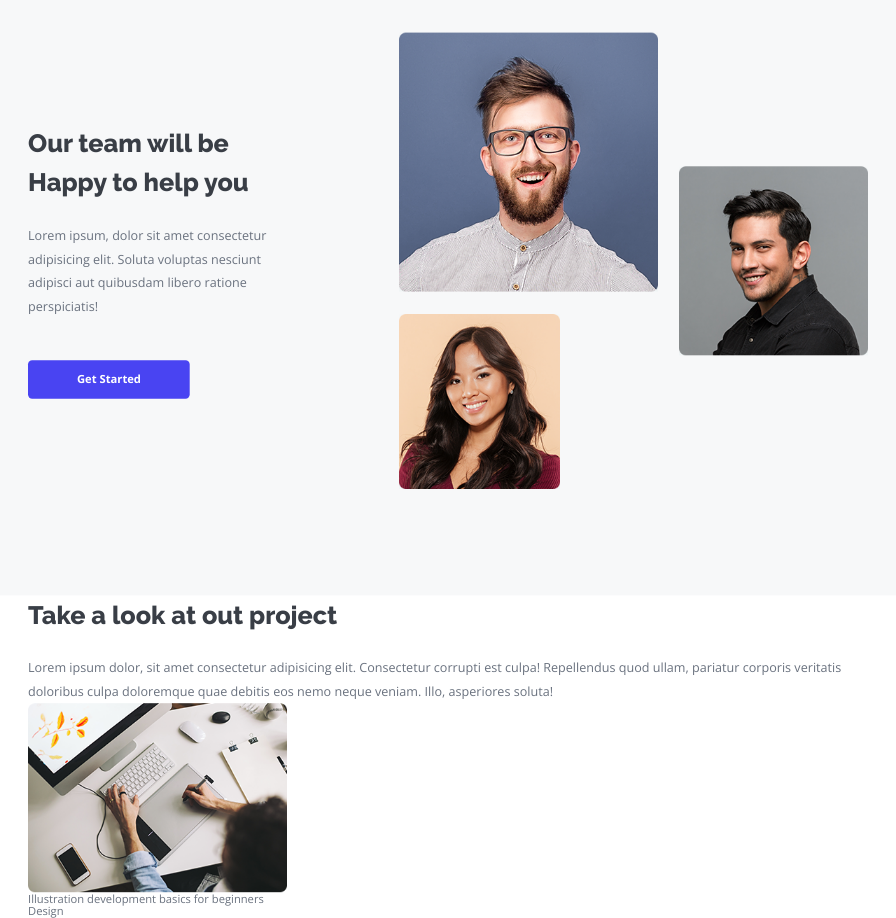
Repository: kate30980/LP-practiceoctavian
Page: index.html
The author's editor kept a copy of each file at every save. The page is drawn from the files as they stood at one save, then again after the next save.
The browser window is 1280 px wide. The pictures show the part of the page from y = 4181 to 6101 px (the page is 5493 px tall before and 6101 px after), at 70% of full size.
The style sheet was rebuilt from its Sass, Less or Tailwind sources for each picture, by a compiler version that may differ from the author's.

Above is the page before, as saved 2021-08-25 16:45:35.

### index.html
<!DOCTYPE html>
<html lang="en">

<head>
    <meta charset="UTF-8">
    <meta http-equiv="X-UA-Compatible" content="IE=edge">
    <meta name="viewport" content="width=device-width, initial-scale=1.0">
    <title>Octavian LP</title>
    <script type="module" src="https://unpkg.com/ionicons@5.5.2/dist/ionicons/ionicons.esm.js"></script>
    <script nomodule src="https://unpkg.com/ionicons@5.5.2/dist/ionicons/ionicons.js"></script>
    <link rel="preconnect" href="https://fonts.googleapis.com">
    <link rel="preconnect" href="https://fonts.gstatic.com" crossorigin>
    <link
        href="https://fonts.googleapis.com/css2?family=Open+Sans:wght@300;400;600;700&family=Raleway:wght@600;700;800&display=swap"
        rel="stylesheet">
    <link rel="stylesheet" href="css/app.css">
</head>

<body>
    <header class="header">
        <div class="container">
            <div class="header-main">
                <img src="./images/logo.png" alt="logo-header" class="header-logo">
                <div class="navigation">
                    <p class="header-phone">Phone: <span>+055 - 951 237 851</span></p>
                    <img src="./images/icon-search.png" alt="" class="icon-search">
                    <img src="./images/icon-bars.png" alt="" class="icon-toggle">
                </div>
            </div>
        </div>
    </header>
    <main>
        <section class="hero">
            <img src="./images/img1.png" alt="img-header" class="hero-image">
            <div class="container">
                <div class="hero-content">
                    <h2 class="hero-caption second-font">creative & digital</h2>
                    <h1 class="hero-heading second-font">Agency</h1>
                    <a href="#" class="hero-link">Purchase Now</a>
                </div>
            </div>
        </section>
        <section class="portfolio">
            <div class="container">
                <div class="portfolio-list">
                    <div class="portfolio-column">
                        <div class="portfolio-item">
                            <div class="portfolio-image">
                                <img src="./images/img2.png" alt="img2">
                            </div>
                            <h3 class="portfolio-title second-font">Campaign of exhibition of architectural field</h3>
                            <div class="portfolio-category">Photography</div>
                        </div>
                        <div class="portfolio-item">
                            <div class="portfolio-image">
                                <img src="./images/img3.png" alt="img2">
                            </div>
                            <h3 class="portfolio-title second-font">Campaign of exhibition of architectural field</h3>
                            <div class="portfolio-category">Photography</div>
                        </div>
                        <div class="portfolio-item">
                            <div class="portfolio-image">
                                <img src="./images/img4.png" alt="img2">
                            </div>
                            <h3 class="portfolio-title second-font">Campaign of exhibition of architectural field</h3>
                            <div class="portfolio-category">Photography</div>
                        </div>
                    </div>
                    <div class="portfolio-column">
                        <div class="portfolio-item">
                            <div class="portfolio-image">
                                <img src="./images/img5.png" alt="img2">
                            </div>
                            <h3 class="portfolio-title second-font">Campaign of exhibition of architectural field</h3>
                            <div class="portfolio-category">Photography</div>
                        </div>
                        <div class="portfolio-item">
                            <div class="portfolio-image">
                                <img src="./images/img6.png" alt="img2">
                            </div>
                            <h3 class="portfolio-title second-font">Campaign of exhibition of architectural field</h3>
                            <div class="portfolio-category">Photography</div>
                        </div>
                        <div class="portfolio-item">
                            <div class="portfolio-image">
                                <img src="./images/img7.png" alt="img2">
                            </div>
                            <h3 class="portfolio-title second-font">Campaign of exhibition of architectural field</h3>
                            <div class="portfolio-category">Photography</div>
                        </div>
                        <div class="portfolio-item">
                            <div class="portfolio-image">
                                <img src="./images/img8.png" alt="img2">
                            </div>
                            <h3 class="portfolio-title second-font">Campaign of exhibition of architectural field</h3>
                            <div class="portfolio-category">Photography</div>
                        </div>
                    </div>
                    <div class="portfolio-column">
                        <div class="portfolio-item">
                            <div class="portfolio-image">
                                <img src="./images/img9.png" alt="img2">
                            </div>
                            <h3 class="portfolio-title second-font">Campaign of exhibition of architectural field</h3>
                            <div class="portfolio-category">Photography</div>
                        </div>
                        <div class="portfolio-item">
                            <div class="portfolio-image">
                                <img src="./images/img10.png" alt="img2">
                            </div>
                            <h3 class="portfolio-title second-font">Campaign of exhibition of architectural field</h3>
                            <div class="portfolio-category">Photography</div>
                        </div>
                        <div class="portfolio-item">
                            <div class="portfolio-image">
                                <img src="./images/img11.png" alt="img2">
                            </div>
                            <h3 class="portfolio-title second-font">Campaign of exhibition of architectural field</h3>
                            <div class="portfolio-category">Photography</div>
                        </div>
                    </div>
                </div>
                <a href="" class="btn btn--primary portfolio-link">
                    Get Started
                </a>
            </div>
        </section>
        <section class="partner">
            <div class="container">
                <div class="partner-main">
                    <div class="partner-item">
                        <img src="./images/logo1.png" alt="logo1">
                    </div>
                    <div class="partner-item">
                        <img src="./images/logo2.png" alt="logo1">
                    </div>
                    <div class="partner-item">
                        <img src="./images/logo3.png" alt="logo1">
                    </div>
                    <div class="partner-item">
                        <img src="./images/logo4.png" alt="logo1">
                    </div>
                    <div class="partner-item">
                        <img src="./images/logo5.png" alt="logo1">
                    </div>
                    <div class="partner-item">
                        <img src="./images/logo6.png" alt="logo1">
                    </div>
                    <div class="partner-item">
                        <img src="./images/logo7.png" alt="logo1">
                    </div>
                    <div class="partner-item">
                        <img src="./images/logo8.png" alt="logo1">
                    </div>
                </div>
            </div>
        </section>
        <section class="team">
            <div class="container">
                <div class="team-main">
                    <div class="team-content">
                        <h2 class="team-heading second-font">Our team will be Happy to help you</h2>
                        <p class="team-desc">Lorem ipsum, dolor sit amet consectetur adipisicing elit. Soluta voluptas
                            nesciunt adipisci aut quibusdam libero ratione perspiciatis!</p>
                        <a href="#" class="btn btn--primary">Get Started</a>
                    </div>
                    <div class="team-images">
                        <div class="team-column">
                            <div class="team-image">
                                <img src="./images/team1.png" alt="team">
                            </div>
                            <div class="team-image">
                                <img src="./images/team2.png" class="team-img2" alt="team">
                            </div>
                        </div>
                        <div class="team-column">
                            <div class="team-image">
                                <img src="./images/team3.png" alt="team">
                            </div>
                        </div>
                    </div>
                </div>
            </div>
        </section>
        <section class="blog">
            <div class="container">
                <div class="blog-header">
                    <h2 class="blog-heading heading">Take a look at out project</h2>
                    <p class="blog-desc text">Lorem ipsum dolor, sit amet consectetur adipisicing elit. Consectetur
                        corrupti est culpa! Repellendus quod ullam, pariatur corporis veritatis doloribus culpa
                        doloremque quae debitis eos nemo neque veniam. Illo, asperiores soluta!</p>
                </div>
                <div class="blog-list">
                    <div class="blog-item">
                        <div class="blog-image">
                            <img src="./images/blog1.png" alt="blog1">
                        </div>
                        <h3 class="blog-title">Illustration development basics for beginners</h3>
                        <p class="blog-category">Design</p>
                    </div>
                </div>
            </div>
        </section>
    </main>
</body>

</html>

### sass/app.scss
@import "variables";
@import "function";
@import "reset";
@import "base";
@import "header";
@import "hero";
@import "portfolio";
@import "partner";
@import "team";

### sass/_variables.scss
$primary-font: "Open sans", sans-serif;
$secondary-font: "Raleway", sans-serif;
$gray: #393e46;
$gray-light: #6a727f;
$blue-color: #4944F2;
$gray-lighter: #f7f8f9;

### sass/_function.scss
@function lineH($s, $h){
    @return $s / $h;
}

### sass/_base.scss
body{
    font-family: $primary-font;
    font-size: 16px;
    line-height:1;
    color: $gray-light;
    max-width: 1920px;
    margin: 0 auto;
}
.container{
    max-width: 1200px;
    margin: 0 auto;
    padding:0 15px;
}
.second-font{
    font-family: $secondary-font;
    color: $gray;
}

.btn{
    cursor: pointer;
    outline: none;
    display: inline-flex;
    justify-content: center;
    align-items: center;
    color: white;
    font-weight: bold;
    font-size: 16px;
    font-family: 'Open sans',sans-serif;
    height: 55px;
    padding: 0 70px;
    border-radius: 6px;
    &--primary{
        background-color: $blue-color;
        text-decoration: none;
    }
}
h2{
    color: $gray;
}
.heading{
    font-size: 36px;
    line-height: lineH(56,36);
    font-weight: 800;
    font-family: $secondary-font;
    margin-bottom: 30px;
}
.text{
    font-size: 18px;
    line-height: lineH(34, 18);
}

### sass/_header.scss
.header{
    &-main{
         display: flex;
         justify-content: space-between;
         align-items: center;
         padding: 40px 0;
    }
    &-phone{
        color: $gray;
        font-weight: 300;
        span{
            font-weight: 600;
            margin-left: 15px;
        }
    }
}
.navigation{
    display: flex;
    align-items: center;
    gap: 0 60px;
}

### sass/_hero.scss
.hero{
    position: relative;
    margin-bottom: 200px;
    &-image{
        margin-left: auto;
        display: block;
    }
    &-content{
        position: absolute;
        top: 50%;
        transform: translateY(-50%);
        z-index: 2;
    }
    &-caption{
        font-size: 72px;
        font-weight: 600;
        color: black;
    }
    &-heading{
        font-weight: 800;font-size: 150px;
        text-transform: uppercase;
        margin-bottom: 40px;
        color: black;
    }
    &-link{
        font-size: 18px;
        text-decoration: underline;
        color: $gray-light;
        display: inline-block;
        font-weight: 600;
    }
}

### sass/_portfolio.scss
.portfolio{
    margin-bottom: 200px;
    &-list{
        display: grid;
        grid-template-columns: repeat(3,1fr);
        grid-gap: 0 90px;
        margin-bottom: 95px;
    }
    &-image{
        margin-bottom: 40px;
    }
    &-title{
        color: #393e46;
        font-size: 22px;
        line-height: 1.56;
        margin-bottom: 20px;
    }
    &-category{
        font-size: 14px;
    }
    &-column{
        display: flex;
        flex-direction: column;
        gap: 85px 0;
    }
    &-link{
        position: relative;
        left: 50%;
        transform: translateX(-50%);
        // ceterin, đưa phần tử ra giữa khung
    }
}

### sass/_partner.scss
.partner{
    margin-bottom: 150px;
    &-main{
        display: grid;
        grid-template-columns: repeat(4,1fr);
        grid-gap: 90px 0;
    }
    &-item{
        padding: 0 50px;
        display: flex;
        justify-content: center;
        align-items: center;
        transition: opacity 0.2 linear;
        cursor: pointer;
        &:hover{
            opacity: 0.1;
        }
    }
}

### sass/_team.scss
.team{
    padding: 150px 0;
    background-color: $gray-lighter;
    &-main{
        display: flex;
        align-items: center;
        // facenter
        justify-content: space-between;
    }
    &-content{
        max-width: 370px;
        flex-shrink: 0;
        width: 100%;
    }
    &-images{
        display: flex;
        align-items: center;
        gap: 0 30px;
    }
    &-img2{
        margin-top: 30px;
        margin-left: auto;
    }
    &-heading{
        font-size: 36px;
        font-weight: 800;
        line-height: 1.55;
        margin-bottom: 30px;
    }
    &-desc{
        font-size: 18px;
        line-height: lineH(34,18);
        margin-bottom: 60px;
    }

}

Loaded but not shown: sass/_reset.scss (common file)

After the next save:
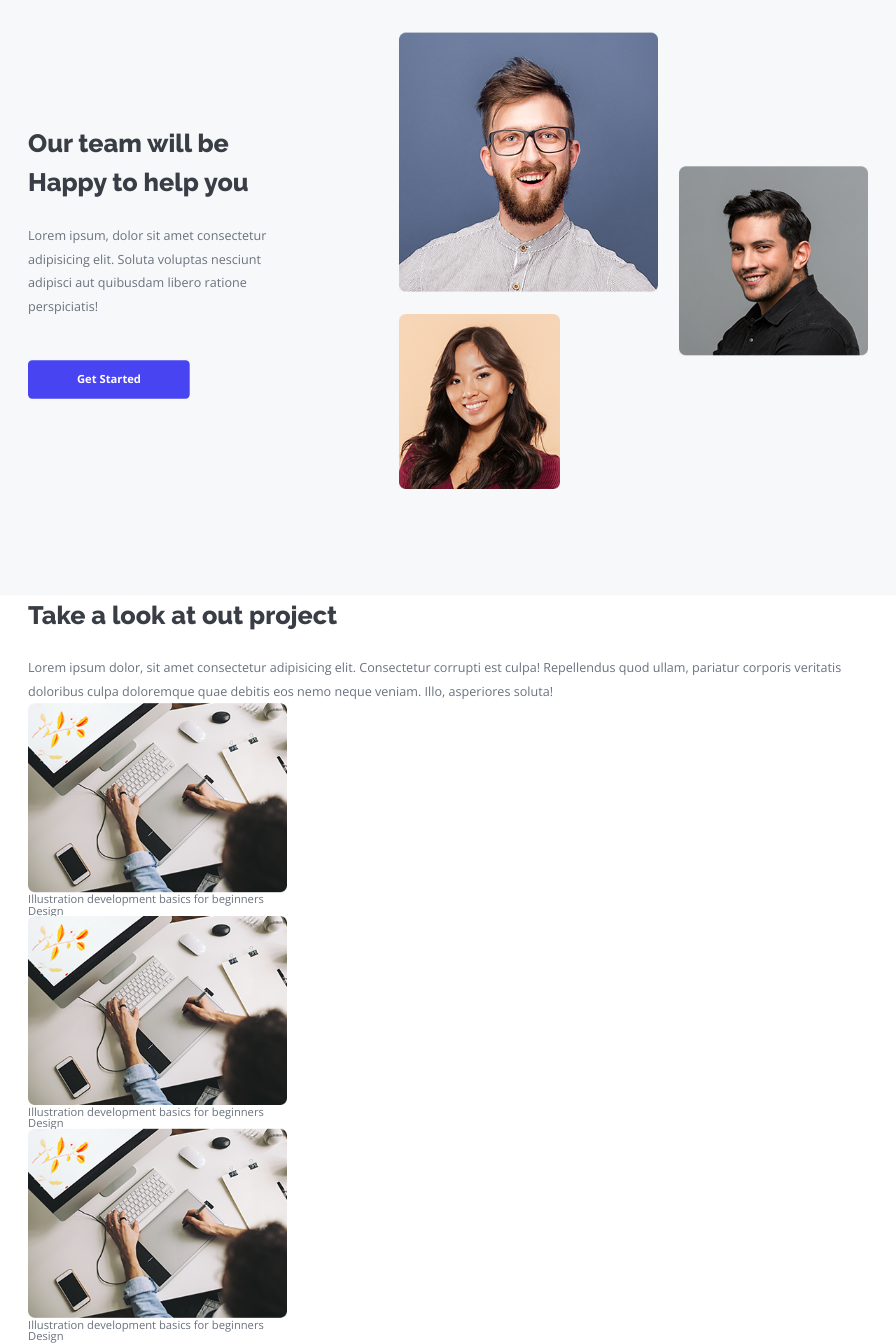
Saved 18 s later.
--- a/index.html
+++ b/index.html
@@ -198,6 +198,20 @@
                         <h3 class="blog-title">Illustration development basics for beginners</h3>
                         <p class="blog-category">Design</p>
                     </div>
+                    <div class="blog-item">
+                        <div class="blog-image">
+                            <img src="./images/blog1.png" alt="blog1">
+                        </div>
+                        <h3 class="blog-title">Illustration development basics for beginners</h3>
+                        <p class="blog-category">Design</p>
+                    </div>
+                    <div class="blog-item">
+                        <div class="blog-image">
+                            <img src="./images/blog1.png" alt="blog1">
+                        </div>
+                        <h3 class="blog-title">Illustration development basics for beginners</h3>
+                        <p class="blog-category">Design</p>
+                    </div>
                 </div>
             </div>
         </section>
